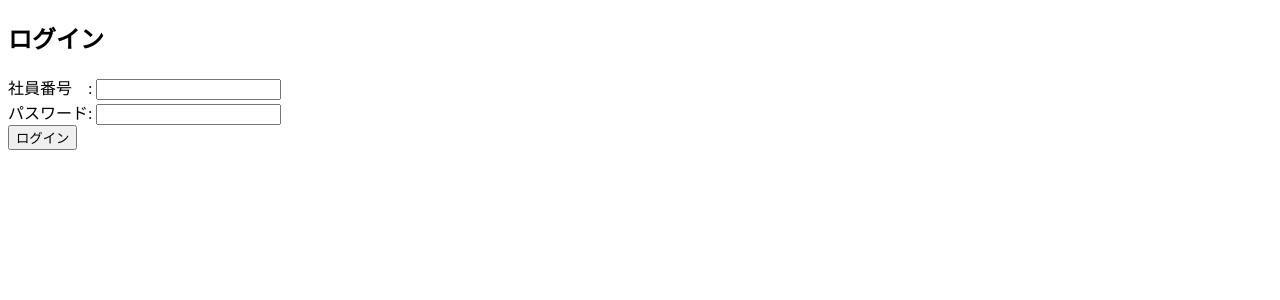
Repository: genki-iwai/curriculum
Page: http://localhost/MVC_Task/
These files come from the project's save history. The page is drawn as it stood at one moment and after the next save; the edit follows.
The browser window is 1280 px wide. The pictures show the whole page.
The page is served by Tomcat 9. Other server files are loaded and not shown.

Above is the page before, as saved 2021-08-07 05:56:17.

### JavaStudy/MVC_Task/WebContent/login.jsp
<%@ page language="java" contentType="text/html; charset=UTF-8" pageEncoding="UTF-8"%>
<%@ page import="java.util.Objects"%>
<%@ page import="java.util.List"%>
<%@ page import="java.util.function.Function"%>
<%@ page import="skillcheck.bean.ResponseBean"%>
<%@ page import="skillcheck.bean.EmployeeBean"%>
<%@ page import="skillcheck.logger.Logger"%>

<%
    //リクエストより社員番号を取得: 関数型インターフェース（ラムダ式）
    Function<HttpServletRequest, Object[]> rmdGetResponseInfo = (rmdRequest) -> {
        // request: responseBean
        ResponseBean rb = (ResponseBean) request.getAttribute("responseBean");
        int requestStatus = 0;
        String message = "";
        String empId = "";
        if (Objects.nonNull(rb)) {
            requestStatus = rb.getRequestStaus();
            message = rb.getMessage();
            EmployeeBean emp = rb.getEmplyeeBeanList().stream().findFirst().orElse(null);
            if (Objects.nonNull(emp)) empId = emp.getEmpId();
        }
        return new Object[]{requestStatus, message, empId};
    };

    ResponseBean responseBean = null;
    // エラーメッセージ表示用
    String message = "";
    int requestStatus = 0;
    String empId = "";

    try {
        if (Objects.isNull(session) || session.isNew()) {
            Logger.log(new Throwable(), "セッションなし");
            Object[] objects = rmdGetResponseInfo.apply(request);
            requestStatus = (int) objects[0];
            message = (String) objects[1];
            empId = (String) objects[2];
        } else {
            Logger.log(new Throwable(), "セッションあり");
            // session: redirect
            final String redirect = (String) session.getAttribute("redirect");
            if (Objects.nonNull(redirect)) {
                Logger.log(new Throwable(), "redirect = " + redirect);
                message = redirect;
                session.invalidate();
            }

            if (requestStatus < 2 && message.isEmpty()) {
                // ログインエラー時
                ResponseBean rb = (ResponseBean) session.getAttribute("responseBean");
                if (Objects.nonNull(rb)) {
                    requestStatus = rb.getRequestStaus();
                    message = rb.getMessage();
                    EmployeeBean emp = rb.getEmplyeeBeanList().stream().findFirst().orElse(null);
                    if (Objects.nonNull(emp)) {
                        empId = emp.getEmpId();
                    }
                }
            }
            Logger.log(new Throwable(), "message = " + message);
        }
    } catch (Exception e) {
        Logger.log(new Throwable(), e);
    }
%>
<!DOCTYPE html>
<html>
<head>
<meta http-equiv="Content-Type" content="text/html; charset=UTF-8">
<!-- FIXME Step-1-1: login.jspに適用するcssファイルのリンクタグを記述しなさい。-->
<!-- Tips1: common.css、login.cssの2つを適用-->
<!-- Tips2: 適用するcssファイルのパスの書き方に注意 -->
<!-- [ここへ記述] -->
<!-- [ここへ記述] -->
<script type="text/javascript" src="js/common.js"/></script>
<title>ログイン</title>
</head>
<body>
    <input id="hiddenDialog" type="hidden" value="<%=requestStatus == 2 ? message : ""%>"></input>
    <h2>ログイン</h2>
    <div class="div-login-form">
        <% if (requestStatus < 2 && !message.isEmpty()) { %>
            <!-- FIXME Step-1-2: 以下の手順に沿って適当な処理を記述しなさい。 -->
            <!-- 1. エラー（message）表示時に使用するlabelタグの準備-->
            <!-- 2. class属性と、適用するスタイルの記述-->
            <!-- Tips: common.cssより赤色の文字色を定義しているスタイルを確認 -->
            <!-- [ここへ記述] -->
            <br>
        <% } %>
        <!-- FIXME Step-1-3: actionに送信先URIを記述しなさい。 -->
        <!-- Tips: 「/このプロジェクト/web.xmlに記述されているservlet-name」 -->
        <form action="[ここへ記述]" method="post">
            <div class="div-input-flex-area">
                <div>
                    <label>社員番号　: </label>
                    <input id="empId" type="text" name="empId" maxlength="5" value="<%=empId%>"><br>
                </div>
                <div>
                    <label>パスワード: </label>
                    <input id="password" type="password" name="password"><br>
                </div>
            </div>
            <div class="div-button-area">
                <input type="hidden" name="sender" value="/login.jsp"></input>
                <button id="btn-login" class="btn-login" name="requestType" value="login">ログイン</button>
            </div>
        </form>
    </div>
</body>
</html>

### JavaStudy/MVC_Task/src/skillcheck/logger/Logger.java
package skillcheck.logger;

import java.text.SimpleDateFormat;
import java.util.Calendar;

public final class Logger {

    /**
     * ログ情報: 開始リテラル
     */
    private static final String LITERAL_START = "START";
    /**
     * ログ情報: 終了リテラル
     */
    private static final String LITERAL_END = "END";

    /**
     * 日付フォーマット
     */
    private static final String DATE_FORMAT = "yyyy/MM/dd hh:mm:ss.SSS";

    /**
     * ログ: START（メッセージなし）
     *
     * @param t <pre>スタックトレース情報</pre>
     * @param obj <pre>出力したいメッセージや値など</pre>
     */
    public static void logStart(Throwable t) {
        log(t, LITERAL_START);
    }

    /**
     * ログ: END（メッセージなし）
     *
     * @param t <pre>スタックトレース情報</pre>
     * @param obj <pre>出力したいメッセージや値など</pre>
     */
    public static void logEnd(Throwable t) {
        log(t, LITERAL_END);
    }

    /**
     * ログ: メッセージあり
     *
     * @param t <pre>スタックトレース情報</pre>
     * @param obj <pre>出力したいメッセージや値など</pre>
     */
    public static void log(Throwable t, Object obj) {
        SimpleDateFormat sdf = new SimpleDateFormat(DATE_FORMAT);
        StackTraceElement element = t.getStackTrace()[0];
        System.out.println(
                "[MEMORY:" + String.valueOf(Runtime.getRuntime().totalMemory() - Runtime.getRuntime().freeMemory()) + "]" +
                "[" + sdf.format(Calendar.getInstance().getTime()) + "] " +
                "[" + element.getClassName() + "] " +
                "[" + element.getMethodName() + "] " +
                "[" + element.getLineNumber() + "] " + obj);
    }

    /**
     * ログ: 例外発生時専用
     *
     * @param e
     */
    public static void log(final Exception e) {
        System.out.println("■ 例外発生: " +
                "[" + e.getStackTrace()[0].getClassName() +
                "] [" + e.getStackTrace()[0].getMethodName() +
                "] [" + e.getStackTrace()[0].getLineNumber() + "]");
    }
}

### JavaStudy/MVC_Task/WebContent/js/common.js
/**
 * js: 共通
 */

/**
 * ログイン中の社員番号と一致する行の削除チェックボックスを非活性にする
 */
window.onload = function() {

    // 例外発生していればダイアログを表示
    const dlg = document.getElementById('hiddenDialog');
    if (dlg && dlg.value) {
        alert(dlg.value);
        return;
    } else {
        var tbl = document.getElementById('resultTable');
        if (tbl === null) return;

        var fe = Array.prototype.forEach;
        fe.call(tbl.children, function(rows) {
            fe.call(rows.children, function(cols) {
                for (var index = 0; index < cols.children.length; index++) {
                    var data = cols.children[index];
                    if (data === null || data.id !== 'delete') continue;
                    var input = data.getElementsByTagName("input");
                    // 要素数が明らかなので直接要素指定
                    if ('true' === input[0].value) input[1].disabled = true;
                }
            })
        })
        setDisabledDeleteButton(false);
    }
};

/**
 *
 * @param isCheckedAtLeastOne
 * @returns
 */
function setDisabledDeleteButton(isCheckedAtLeastOne) {

    const BTN_ENABLE_DELETE = 'btn-enable-delete';
    const BTN_DISABLED = 'common-btn-disabled';
    console.log('isCheckedAtLeastOne = ' + isCheckedAtLeastOne);

    var btnDelete = document.getElementById('btnDelete');
    if (btnDelete === null || typeof btnDelete === 'undefined') return;

    btnDelete.disabled = !isCheckedAtLeastOne;

    /* ホバーで追加したスタイルのクリア */
    btnDelete.style.background = '';

    if (isCheckedAtLeastOne) {
        if (!btnDelete.classList.contains(BTN_ENABLE_DELETE)) btnDelete.classList.add(BTN_ENABLE_DELETE);
        if (btnDelete.classList.contains(BTN_DISABLED)) btnDelete.classList.remove(BTN_DISABLED);
    } else {
        if (btnDelete.classList.contains(BTN_ENABLE_DELETE)) btnDelete.classList.remove(BTN_ENABLE_DELETE);
        if (!btnDelete.classList.contains(BTN_DISABLED)) btnDelete.classList.add(BTN_DISABLED);
    }

}

/**
 * サブミット処理: 押下した疑似ボタンのIDからリクエスト判別用hiddenを作成後、formの子要素に追加して送信
 * @param obj フォーム送信用疑似ボタン（ラベル）
 * @returns
 */
function exeSubmit(obj) {
    const ELEMENT = 'input'
    const TYPE = ['type', 'hidden'];
    const NAME = ['name', 'requestType'];
    const VALUE = 'value';

    var input = document.createElement('input');
    input.setAttribute(TYPE[0], TYPE[1]);
    input.setAttribute(NAME[0], NAME[1]);
    input.setAttribute(VALUE, obj.id);

    obj.parentNode.appendChild(input);
    obj.parentNode.submit();
}

### JavaStudy/MVC_Task/WebContent/css/login.css
.error-label {
  color: red;
}

.common-btn-base {
  color: white;
  width: 100px;
  height: 30px;
  font-size: 16px;
  border-radius: 5px;
  border: solid 0;
  cursor: pointer;
}

.common-btn-base-hover {
  background: #5881ba;
}

.common-btn-base-active {
  -ms-transform: translateY(3px);
  -webkit-transform: translateY(3px);
  transform: translateY(3px);
  box-shadow: none;
}

.common-btn-blue {
  background: #3f72b8;
  box-shadow: 0px 3px 0px #4b5f89;
  text-shadow: 1px 2px 1px #4b5f89;
}

.common-btn-disabled {
  background: #d8d8d8;
  box-shadow: 0px 3px 0px #bdbdbd;
  text-shadow: 1px 2px 1px #bfbfbf;
}

.common-underline {
  color: blue;
  text-decoration: underline;
  cursor: pointer;
}

.common-underline-hover {
  color: #7777ff;
}

body {
  max-width: 448px;
  width: 100%;
  margin: auto;
}

body h2 {
  color: #424242;
}

body .div-login-form {
  background: #fcfcfc;
  padding: 10px;
  border-radius: 5px;
  border: solid 0.4px lightgrey;
  box-shadow: 0px 4px 10px lightgrey;
}

body .div-login-form .div-input-flex-area {
  color: #424242;
  display: flex;
  flex-direction: column;
  justify-content: space-around;
  padding: 10px;
  text-align: left;
}

body .div-login-form .div-input-flex-area div {
  font-size: 16px;
  height: 30px;
}

body .div-login-form .div-input-flex-area div label {
  vertical-align: middle;
}

body .div-login-form .div-input-flex-area div input {
  max-width: 76%;
  width: 100%;
  height: 20px;
  border: solid 1px #ccc;
  border-radius: 3px;
  box-shadow: inset 0 1px 1px rgba(0, 0, 0, 0.075);
}

body .div-login-form .div-button-area {
  display: flex;
  justify-content: flex-end;
}

body .div-login-form .div-button-area .btn-login {
  color: white;
  width: 100px;
  height: 30px;
  font-size: 16px;
  border-radius: 5px;
  border: solid 0;
  cursor: pointer;
  background: #3f72b8;
  box-shadow: 0px 3px 0px #4b5f89;
  text-shadow: 1px 2px 1px #4b5f89;
}

body .div-login-form .div-button-area .btn-login:active {
  -ms-transform: translateY(3px);
  -webkit-transform: translateY(3px);
  transform: translateY(3px);
  box-shadow: none;
}

body .div-login-form .div-button-area .btn-login:hover {
  background: #5881ba;
}

### JavaStudy/MVC_Task/WebContent/css/common.css
.error-label {
  color: red;
}

.common-btn-base {
  color: white;
  width: 100px;
  height: 30px;
  font-size: 16px;
  border-radius: 5px;
  border: solid 0;
  cursor: pointer;
}

.common-btn-base-hover {
  background: #5881ba;
}

.common-btn-base-active {
  transform: translateY(3px);
  box-shadow: none;
}

.common-btn-blue {
  background: #3f72b8;
  box-shadow: 0px 3px 0px #4b5f89;
  text-shadow: 1px 2px 1px #4b5f89;
}

.common-btn-disabled {
  background: #d8d8d8;
  box-shadow: 0px 3px 0px #bdbdbd;
  text-shadow: 1px 2px 1px #bfbfbf;
}

.common-underline {
  color: blue;
  text-decoration: underline;
  cursor: pointer;
}

.common-underline-hover {
  color: #7777ff;
}

After the next save:
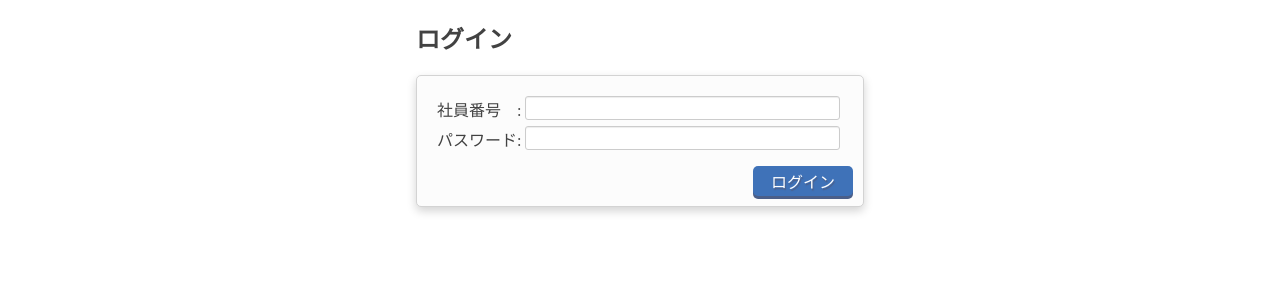
Saved 7 min 26 s later.
--- a/JavaStudy/MVC_Task/WebContent/login.jsp
+++ b/JavaStudy/MVC_Task/WebContent/login.jsp
@@ -72,7 +72,9 @@
 <!-- Tips1: common.css、login.cssの2つを適用-->
 <!-- Tips2: 適用するcssファイルのパスの書き方に注意 -->
 <!-- [ここへ記述] -->
+<link rel="stylesheet" type="text/css" href="./css/login.css">
 <!-- [ここへ記述] -->
+<link rel="stylesheet" type="text/css" href="./css/common.css">
 <script type="text/javascript" src="js/common.js"/></script>
 <title>ログイン</title>
 </head>
